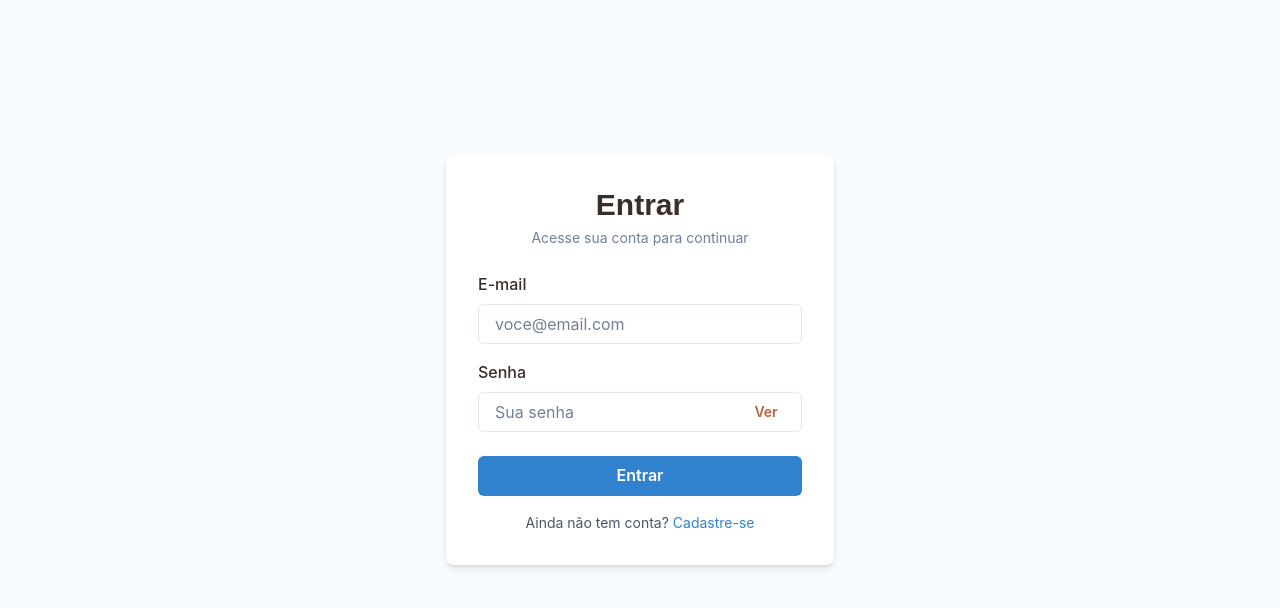
Repository: LuizMXavier/artesao
Page: /login
An editor plug-in stored every save of this project. The page is shown before and after the next save, followed by the edit.
The browser window is 1280 px wide. The pictures show the whole page.
The project was rebuilt for these pictures with package versions that can differ from the ones it lists, and the page was loaded fresh each time. The framework's server and built-in components were replaced by stand-ins that run in the browser. Also part of the build but not shown: next.config.ts.

Above is the page before, as saved 2026-09-11 16:46:27.

### app/layout.tsx
import type { Metadata } from "next";
import "./globals.css";
import { Providers } from "../app/components/providers";

export const metadata: Metadata = {
  title: "Artesao",
};

export default function RootLayout({
  children,
}: {
  children: React.ReactNode;
}) {
  return (
    <html lang="pt-BR" suppressHydrationWarning>
      <body suppressHydrationWarning>
        <Providers>{children}</Providers>
      </body>
    </html>
  );
}

### app/login/page.tsx
// app/login/page.tsx
"use client";

import { useState } from "react";
import { useRouter } from "next/navigation";
import { useForm } from "react-hook-form";
import { zodResolver } from "@hookform/resolvers/zod";
import { z } from "zod";
import {
  Box,
  Container,
  Heading,
  VStack,
  FormControl,
  FormLabel,
  FormErrorMessage,
  Input,
  InputGroup,
  InputRightElement,
  Button,
  useToast,
  Text,
  Link as ChakraLink,
} from "@chakra-ui/react";
import NextLink from "next/link";

// -------------------------------------------------------------
// Schema de validação
// -------------------------------------------------------------
const loginSchema = z.object({
  email: z
    .string()
    .min(1, "Informe seu e-mail")
    .email("E-mail inválido"),
  senha: z.string().min(1, "Informe sua senha"),
});

type LoginFormData = z.infer<typeof loginSchema>;

export default function Login() {
  const toast = useToast();
  const router = useRouter();
  const [mostrarSenha, setMostrarSenha] = useState(false);
  const [enviando, setEnviando] = useState(false);

  const {
    register,
    handleSubmit,
    formState: { errors },
  } = useForm<LoginFormData>({
    resolver: zodResolver(loginSchema),
  });

  const onSubmit = async (data: LoginFormData) => {
    setEnviando(true);
    try {
      // TODO: trocar pela chamada real à API de login
      // const response = await fetch("/api/login", {
      //   method: "POST",
      //   headers: { "Content-Type": "application/json" },
      //   body: JSON.stringify(data),
      // });
      // if (!response.ok) throw new Error("Credenciais inválidas");

      await new Promise((resolve) => setTimeout(resolve, 800)); // simula chamada

      toast({
        title: "Login realizado com sucesso!",
        status: "success",
        duration: 4000,
        isClosable: true,
        position: "top",
      });

      // router.push("/dashboard"); // redirecione para onde fizer sentido
    } catch (error) {
      toast({
        title: "Não foi possível entrar",
        description: "Verifique seu e-mail e senha e tente novamente.",
        status: "error",
        duration: 5000,
        isClosable: true,
        position: "top",
      });
    } finally {
      setEnviando(false);
    }
  };

  return (
    <Box minH="100vh" display="flex" alignItems="center" bg="gray.50" px={4}>
      <Container maxW={{ base: "100%", sm: "420px" }} py={{ base: 8, md: 12 }}>
        <Box
          bg="white"
          borderRadius="lg"
          boxShadow="md"
          p={{ base: 6, md: 8 }}
        >
          <VStack spacing={1} mb={6} align="stretch">
            <Heading size="lg" textAlign="center">
              Entrar
            </Heading>
            <Text fontSize="sm" color="gray.500" textAlign="center">
              Acesse sua conta para continuar
            </Text>
          </VStack>

          <form onSubmit={handleSubmit(onSubmit)} noValidate>
            <VStack spacing={4} align="stretch">
              <FormControl isInvalid={!!errors.email}>
                <FormLabel>E-mail</FormLabel>
                <Input
                  type="email"
                  placeholder="voce@email.com"
                  {...register("email")}
                />
                <FormErrorMessage>{errors.email?.message}</FormErrorMessage>
              </FormControl>

              <FormControl isInvalid={!!errors.senha}>
                <FormLabel>Senha</FormLabel>
                <InputGroup>
                  <Input
                    type={mostrarSenha ? "text" : "password"}
                    placeholder="Sua senha"
                    {...register("senha")}
                  />
                  <InputRightElement width="4.5rem">
                    <Button
                      h="1.75rem"
                      size="sm"
                      variant="ghost"
                      onClick={() => setMostrarSenha((v) => !v)}
                    >
                      {mostrarSenha ? "Ocultar" : "Ver"}
                    </Button>
                  </InputRightElement>
                </InputGroup>
                <FormErrorMessage>{errors.senha?.message}</FormErrorMessage>
              </FormControl>

              <Button
                type="submit"
                colorScheme="blue"
                width="100%"
                mt={2}
                isLoading={enviando}
                loadingText="Entrando..."
              >
                Entrar
              </Button>

              <Text fontSize="sm" textAlign="center" color="gray.600">
                Ainda não tem conta?{" "}
                <ChakraLink as={NextLink} href="/cadastro" color="blue.500">
                  Cadastre-se
                </ChakraLink>
              </Text>
            </VStack>
          </form>
        </Box>
      </Container>
    </Box>
  );
}

### app/components/providers.tsx
"use client";

import { ChakraProvider } from "@chakra-ui/react";
import theme from "../theme/index";

export function Providers({ children }: { children: React.ReactNode }) {
  return <ChakraProvider theme={theme}>{children}</ChakraProvider>;
}

### app/theme/index.ts
// src/theme/index.ts
import { extendTheme, type ThemeConfig } from "@chakra-ui/react";

const config: ThemeConfig = {
  initialColorMode: "light",
  useSystemColorMode: false,
};

const theme = extendTheme({
  config,
  colors: {
    brand: {
      50: "#FBF0E9",
      100: "#F4DAC7",
      200: "#EDC3A4",
      300: "#E5AC81",
      400: "#DE955E",
      500: "#D97B4F", // cor principal (terracota)
      600: "#B8623B",
      700: "#8B5E3C", // marrom madeira
      800: "#6B4529",
      900: "#4A2F1C",
    },
    sand: {
      50: "#FDFBF8",
      100: "#F4E9DC", // bege areia
      200: "#EADFCC",
      300: "#DFCFB5",
    },
    ink: {
      500: "#3A2E28", // marrom quase preto (texto)
    },
  },
  fonts: {
    heading: `'Poppins', sans-serif`,
    body: `'Inter', sans-serif`,
  },
  styles: {
    global: {
      body: {
        bg: "sand.50",
        color: "ink.500",
      },
    },
  },
  components: {
    Button: {
      defaultProps: {
        colorScheme: "brand",
      },
    },
  },
});

export default theme;

Loaded but not shown: app/globals.css (common file)

After the next save:
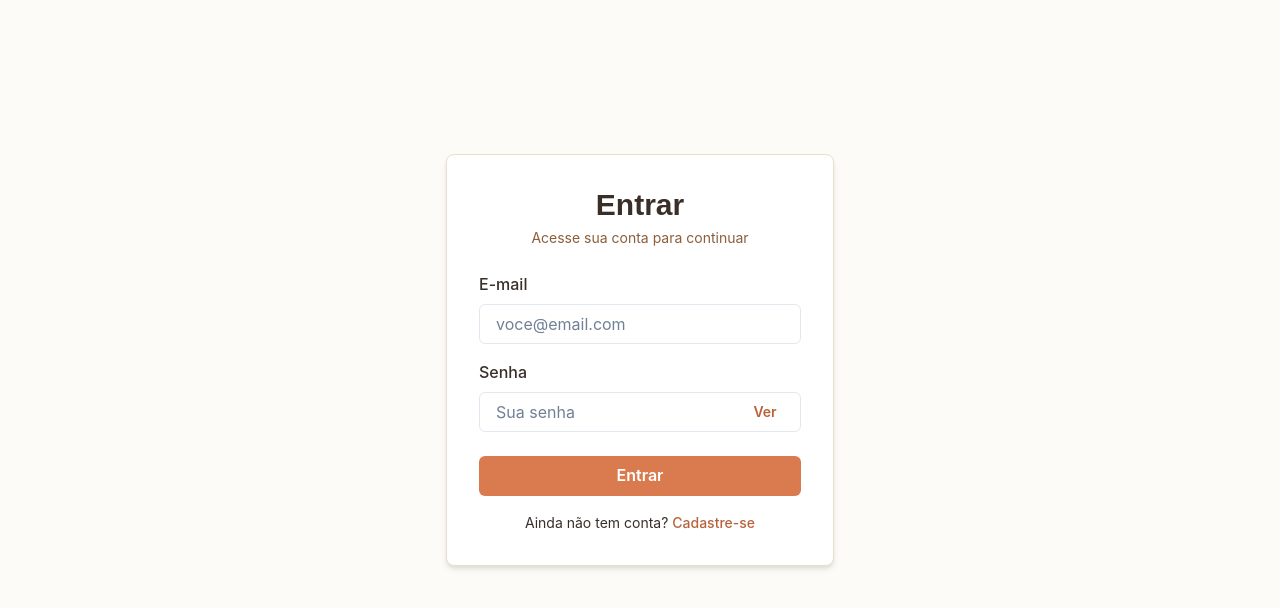
Saved 23 s later.
--- a/app/login/page.tsx
+++ b/app/login/page.tsx
@@ -88,19 +88,21 @@
   };
 
   return (
-    <Box minH="100vh" display="flex" alignItems="center" bg="gray.50" px={4}>
+    <Box minH="100vh" display="flex" alignItems="center" bg="sand.50" px={4}>
       <Container maxW={{ base: "100%", sm: "420px" }} py={{ base: 8, md: 12 }}>
         <Box
           bg="white"
           borderRadius="lg"
           boxShadow="md"
           p={{ base: 6, md: 8 }}
+          borderWidth="1px"
+          borderColor="sand.200"
         >
           <VStack spacing={1} mb={6} align="stretch">
-            <Heading size="lg" textAlign="center">
+            <Heading size="lg" textAlign="center" color="ink.500">
               Entrar
             </Heading>
-            <Text fontSize="sm" color="gray.500" textAlign="center">
+            <Text fontSize="sm" color="brand.700" textAlign="center">
               Acesse sua conta para continuar
             </Text>
           </VStack>
@@ -108,21 +110,23 @@
           <form onSubmit={handleSubmit(onSubmit)} noValidate>
             <VStack spacing={4} align="stretch">
               <FormControl isInvalid={!!errors.email}>
-                <FormLabel>E-mail</FormLabel>
+                <FormLabel color="ink.500">E-mail</FormLabel>
                 <Input
                   type="email"
                   placeholder="voce@email.com"
+                  focusBorderColor="brand.500"
                   {...register("email")}
                 />
                 <FormErrorMessage>{errors.email?.message}</FormErrorMessage>
               </FormControl>
 
               <FormControl isInvalid={!!errors.senha}>
-                <FormLabel>Senha</FormLabel>
+                <FormLabel color="ink.500">Senha</FormLabel>
                 <InputGroup>
                   <Input
                     type={mostrarSenha ? "text" : "password"}
                     placeholder="Sua senha"
+                    focusBorderColor="brand.500"
                     {...register("senha")}
                   />
                   <InputRightElement width="4.5rem">
@@ -130,6 +134,7 @@
                       h="1.75rem"
                       size="sm"
                       variant="ghost"
+                      color="brand.600"
                       onClick={() => setMostrarSenha((v) => !v)}
                     >
                       {mostrarSenha ? "Ocultar" : "Ver"}
@@ -141,7 +146,7 @@
 
               <Button
                 type="submit"
-                colorScheme="blue"
+                colorScheme="brand"
                 width="100%"
                 mt={2}
                 isLoading={enviando}
@@ -150,9 +155,9 @@
                 Entrar
               </Button>
 
-              <Text fontSize="sm" textAlign="center" color="gray.600">
+              <Text fontSize="sm" textAlign="center" color="ink.500">
                 Ainda não tem conta?{" "}
-                <ChakraLink as={NextLink} href="/cadastro" color="blue.500">
+                <ChakraLink as={NextLink} href="/cadastro" color="brand.600" fontWeight="medium">
                   Cadastre-se
                 </ChakraLink>
               </Text>
